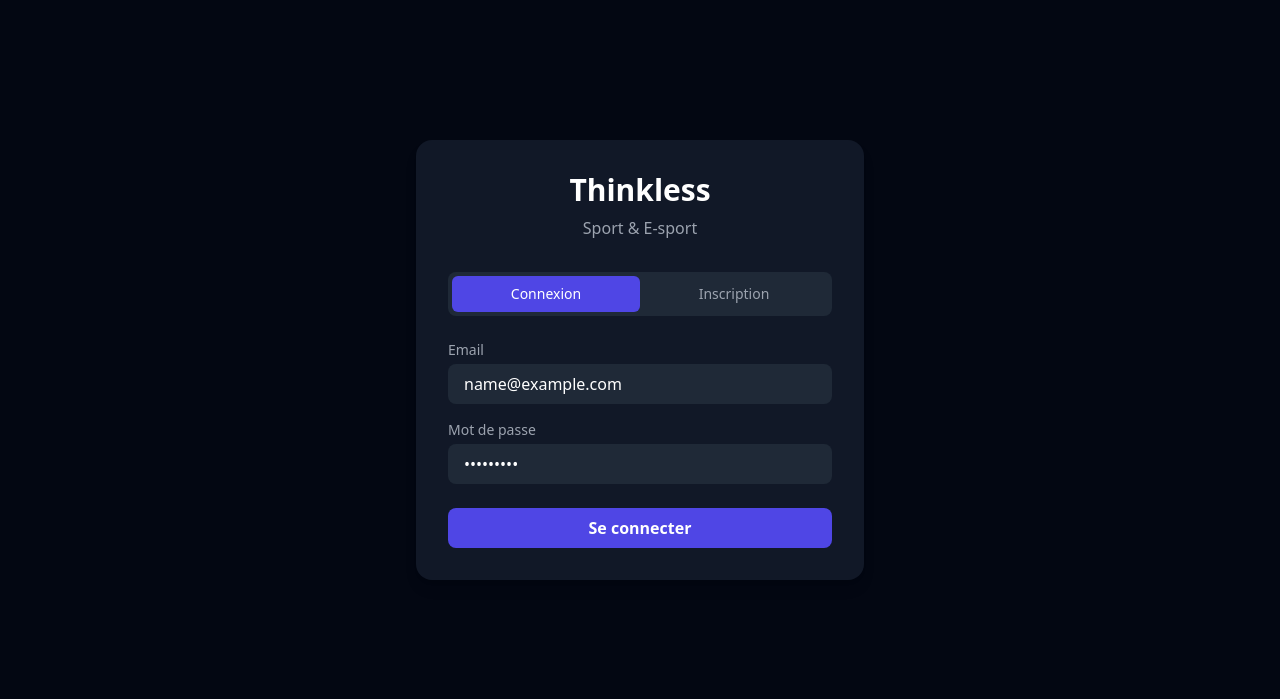
Repository: 313Kody/Thinkless
Page: public/login.html
The author's editor kept a copy of each file at every save. The page is drawn from the files as they stood at one save, then again after the next save.
The browser window is 1280 px wide. The pictures show the whole page.
Empty fields were first filled with sample values (such as "Sample", 5 or name@example.com).
After loading, the first visible `#tab-register` was clicked once.
Some web libraries are served in a nearby version.

Above is the page before, as saved 2026-03-30 01:47:30.
Console error: SyntaxError: Illegal return statement

### public/login.html
<!doctype html>
<html lang="fr">
  <head>
    <meta charset="UTF-8" />
    <meta name="viewport" content="width=device-width, initial-scale=1.0" />
    <title>Thinkless – Connexion</title>
    <script src="https://cdn.tailwindcss.com"></script>
  </head>
  <body class="bg-gray-950 min-h-screen flex items-center justify-center">
    <div class="bg-gray-900 p-8 rounded-2xl shadow-lg w-full max-w-md">
      <h1 class="text-3xl font-bold text-white mb-2 text-center">Thinkless</h1>
      <p class="text-gray-400 text-center mb-8">Sport & E-sport</p>

      <!-- Tabs -->
      <div class="flex mb-6 bg-gray-800 rounded-lg p-1">
        <button
          onclick="showTab('login')"
          id="tab-login"
          class="flex-1 py-2 rounded-md text-sm font-medium transition bg-indigo-600 text-white"
        >
          Connexion
        </button>
        <button
          onclick="showTab('register')"
          id="tab-register"
          class="flex-1 py-2 rounded-md text-sm font-medium transition text-gray-400"
        >
          Inscription
        </button>
      </div>

      <!-- Login -->
      <div id="form-login">
        <div class="mb-4">
          <label class="block text-gray-400 text-sm mb-1">Email</label>
          <input
            id="login-email"
            type="email"
            placeholder="boris@test.com"
            class="w-full bg-gray-800 text-white rounded-lg px-4 py-2 outline-none focus:ring-2 focus:ring-indigo-500"
          />
        </div>
        <div class="mb-6">
          <label class="block text-gray-400 text-sm mb-1">Mot de passe</label>
          <input
            id="login-password"
            type="password"
            placeholder="••••••••"
            class="w-full bg-gray-800 text-white rounded-lg px-4 py-2 outline-none focus:ring-2 focus:ring-indigo-500"
          />
        </div>
        <button
          onclick="login()"
          class="w-full bg-indigo-600 hover:bg-indigo-700 text-white font-semibold py-2 rounded-lg transition"
        >
          Se connecter
        </button>
        <p
          id="login-error"
          class="text-red-400 text-sm mt-3 text-center hidden"
        ></p>
      </div>

      <!-- Register -->
      <div id="form-register" class="hidden">
        <div class="mb-4">
          <label class="block text-gray-400 text-sm mb-1">Pseudo</label>
          <input
            id="reg-pseudo"
            type="text"
            placeholder="TonPseudo"
            class="w-full bg-gray-800 text-white rounded-lg px-4 py-2 outline-none focus:ring-2 focus:ring-indigo-500"
          />
        </div>
        <div class="mb-4">
          <label class="block text-gray-400 text-sm mb-1">Email</label>
          <input
            id="reg-email"
            type="email"
            placeholder="boris@test.com"
            class="w-full bg-gray-800 text-white rounded-lg px-4 py-2 outline-none focus:ring-2 focus:ring-indigo-500"
          />
        </div>
        <div class="mb-4">
          <label class="block text-gray-400 text-sm mb-1">Mot de passe</label>
          <input
            id="reg-password"
            type="password"
            placeholder="••••••••"
            class="w-full bg-gray-800 text-white rounded-lg px-4 py-2 outline-none focus:ring-2 focus:ring-indigo-500"
          />
        </div>
        <div class="mb-6">
          <label class="block text-gray-400 text-sm mb-1">Localisation</label>
          <input
            id="reg-localisation"
            type="text"
            placeholder="Paris"
            class="w-full bg-gray-800 text-white rounded-lg px-4 py-2 outline-none focus:ring-2 focus:ring-indigo-500"
          />
        </div>
        <button
          onclick="register()"
          class="w-full bg-indigo-600 hover:bg-indigo-700 text-white font-semibold py-2 rounded-lg transition"
        >
          Créer mon compte
        </button>
        <p
          id="reg-error"
          class="text-red-400 text-sm mt-3 text-center hidden"
        ></p>
      </div>
    </div>

    <script>
      function showTab(tab) {
        document
          .getElementById("form-login")
          .classList.toggle("hidden", tab !== "login");
        document
          .getElementById("form-register")
          .classList.toggle("hidden", tab !== "register");
        document.getElementById("tab-login").className =
          `flex-1 py-2 rounded-md text-sm font-medium transition ${tab === "login" ? "bg-indigo-600 text-white" : "text-gray-400"}`;
        document.getElementById("tab-register").className =
          `flex-1 py-2 rounded-md text-sm font-medium transition ${tab === "register" ? "bg-indigo-600 text-white" : "text-gray-400"}`;
      }

      async function login() {
        const email = document.getElementById("login-email").value;
        const mot_de_passe = document.getElementById("login-password").value;
        const err = document.getElementById("login-error");

        try {
          const res = await fetch("/api/auth/login", {
            method: "POST",
            headers: { "Content-Type": "application/json" },
            body: JSON.stringify({ email, mot_de_passe }),
          });
          const data = await res.json();

          if (res.ok) {
            localStorage.setItem("token", data.token);
            localStorage.setItem("user", JSON.stringify(data.user));
            window.location.href = "/index.html";
          } else {
            err.textContent = data.message || "Erreur serveur";
            err.classList.remove("hidden");
          }
        } catch (error) {
          err.textContent =
            "Erreur réseau : impossible de contacter le serveur.";
          err.classList.remove("hidden");
          console.error("Login fetch error:", error);
        }
      }

      const regex = /^(?=.*[a-z])(?=.*[A-Z])(?=.*\d)(?=.*[\W_]).{8,}$/;
      if (!regex.test(mot_de_passe)) {
        err.textContent =
          "Mot de passe trop faible (8 car. min, majuscule, chiffre, caractère spécial)";
        err.classList.remove("hidden");
        return;
      }

      async function register() {
        const pseudo = document.getElementById("reg-pseudo").value;
        const email = document.getElementById("reg-email").value;
        const mot_de_passe = document.getElementById("reg-password").value;
        const localisation = document.getElementById("reg-localisation").value;
        const err = document.getElementById("reg-error");

        try {
          const res = await fetch("/api/auth/register", {
            method: "POST",
            headers: { "Content-Type": "application/json" },
            body: JSON.stringify({ pseudo, email, mot_de_passe, localisation }),
          });
          const data = await res.json();

          if (res.ok) {
            // Connexion automatique après inscription réussie
            const loginRes = await fetch("/api/auth/login", {
              method: "POST",
              headers: { "Content-Type": "application/json" },
              body: JSON.stringify({ email, mot_de_passe }),
            });
            const loginData = await loginRes.json();

            if (loginRes.ok) {
              localStorage.setItem("token", loginData.token);
              localStorage.setItem("user", JSON.stringify(loginData.user));
              window.location.href = "/index.html";
            } else {
              // En cas d'erreur de connexion auto, afficher l'onglet login
              showTab("login");
            }
          } else {
            err.textContent = data.message || "Erreur serveur";
            err.classList.remove("hidden");
          }
        } catch (error) {
          err.textContent =
            "Erreur réseau : impossible de contacter le serveur.";
          err.classList.remove("hidden");
          console.error("Register fetch error:", error);
        }
      }
    </script>
  </body>
</html>

After the next save:
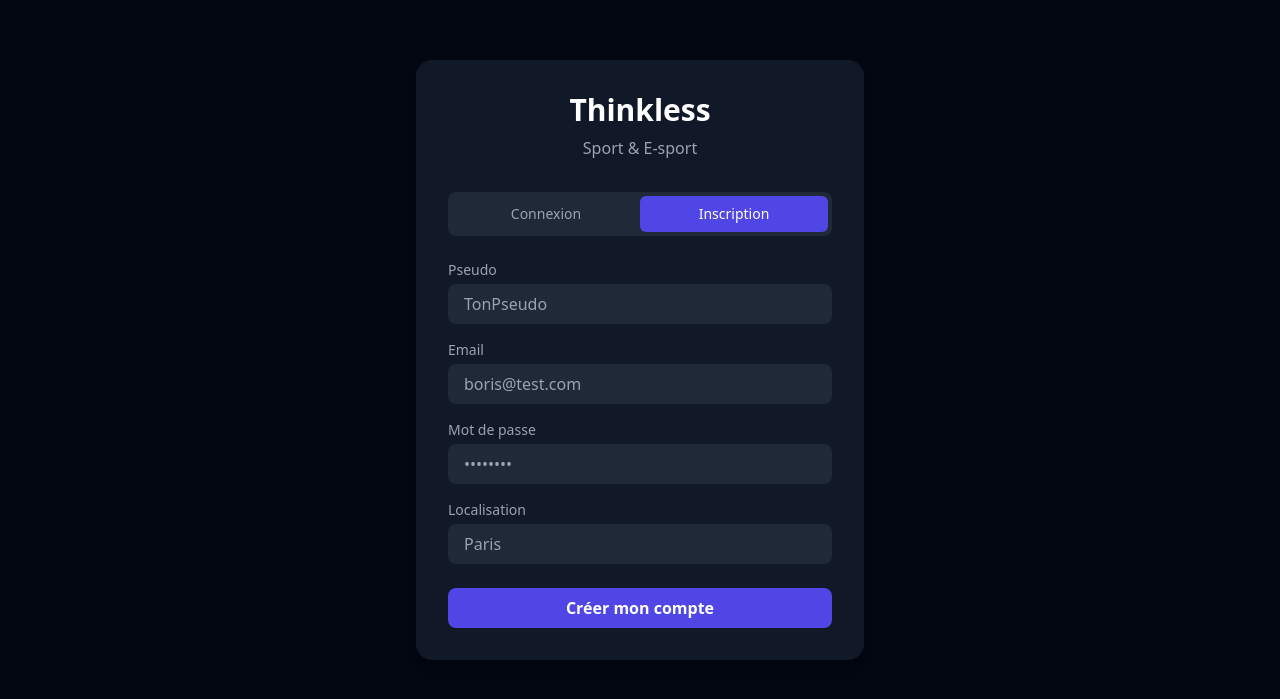
The error is gone.
Saved 67 s later.
--- a/public/login.html
+++ b/public/login.html
@@ -155,20 +155,20 @@
         }
       }
 
-      const regex = /^(?=.*[a-z])(?=.*[A-Z])(?=.*\d)(?=.*[\W_]).{8,}$/;
-      if (!regex.test(mot_de_passe)) {
-        err.textContent =
-          "Mot de passe trop faible (8 car. min, majuscule, chiffre, caractère spécial)";
-        err.classList.remove("hidden");
-        return;
-      }
-
       async function register() {
         const pseudo = document.getElementById("reg-pseudo").value;
         const email = document.getElementById("reg-email").value;
         const mot_de_passe = document.getElementById("reg-password").value;
         const localisation = document.getElementById("reg-localisation").value;
         const err = document.getElementById("reg-error");
+
+        const regex = /^(?=.*[a-z])(?=.*[A-Z])(?=.*\d)(?=.*[\W_]).{12,}$/;
+        if (!regex.test(mot_de_passe)) {
+          err.textContent =
+            "Mot de passe trop faible (12 car. min, majuscule, chiffre, caractère spécial)";
+          err.classList.remove("hidden");
+          return;
+        }
 
         try {
           const res = await fetch("/api/auth/register", {
